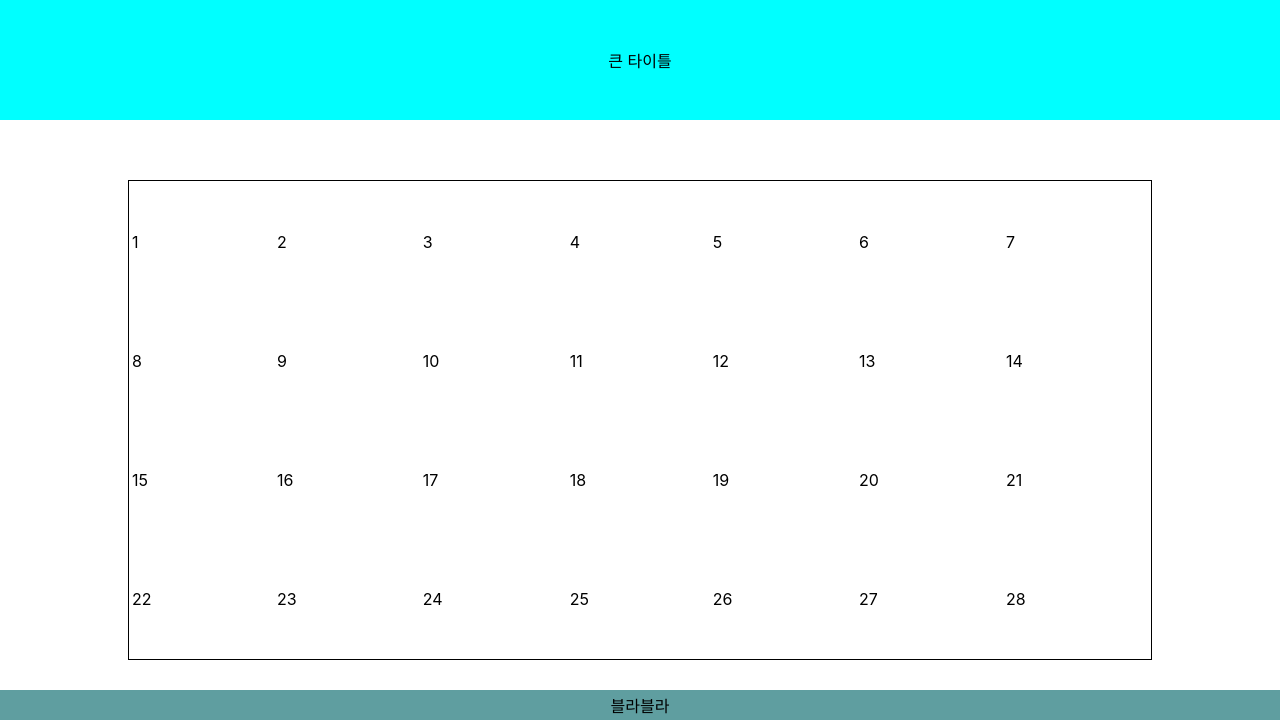
Repository: honeybong/SANGBONG
Page: /
The author's editor kept a copy of each file at every save. The page is drawn from the files as they stood at one save, then again after the next save.
The browser window is 1280 px wide. The pictures show the whole page.
The project was rebuilt for these pictures with package versions that can differ from the ones it lists, and the page was loaded fresh each time.

Above is the page before, as saved 2023-03-22 13:01:37.

### src/App.js
import './App.scss';
import { useState } from 'react';

const App = (props) => {
  // const getTableTr = () => {
  //   for (const i = 0; i > 7; i++) {
  //     return (
  //       <>
  //         <td>i</td>
  //       </>
  //     )
  //   }

  // }
  return (
    <div className='test'>
      <header className='test-header'>
        <div className='header-title'>
          큰 타이틀
        </div>
      </header>
      <body className='test-body'>
        <div className='body-container'>
          {/* <div className='scheduler' /> */}
          <table className='scheduler'>
            <tr>
              <td>1</td>
              <td>2</td>
              <td>3</td>
              <td>4</td>
              <td>5</td>
              <td>6</td>
              <td>7</td>
            </tr>
            <tr>
              <td>8</td>
              <td>9</td>
              <td>10</td>
              <td>11</td>
              <td>12</td>
              <td>13</td>
              <td>14</td>
            </tr>
            <tr>
              <td>15</td>
              <td>16</td>
              <td>17</td>
              <td>18</td>
              <td>19</td>
              <td>20</td>
              <td>21</td>
            </tr>
            <tr>
              <td>22</td>
              <td>23</td>
              <td>24</td>
              <td>25</td>
              <td>26</td>
              <td>27</td>
              <td>28</td>
            </tr>
          </table>
        </div>
      </body>
      <footer className='test-footer'>
        <div className='test-mes'>
          블라블라
        </div>
      </footer>
    </div>
  );
}

export default App;

### src/App.scss
.test {}
.test-header {
  .header-title {
    background-color: aqua;
    text-align: center;
    display: flex;
    height: 120px;
    justify-content: center;
    align-items: center;
  }
}
.test-body {
  .body-container {
    width: 100%;
    height: 600px;
    display: flex;
    justify-content: center;
    align-items: center;
    flex-direction: column;
    .scheduler {
      width: 80%;
      height: 80%;
      border: 1px solid black;
      > tr {
        border: 1px solid black;
      }
    }
  }
}
.test-footer {
  position: fixed;
  bottom: 0;
  width:100%;
  .test-mes {
    background-color: cadetblue;
    text-align: center;
    display: flex;
    height: 30px;
    justify-content: center;
    align-items: center;
  }
}

Loaded but not shown: public/index.html (common file); src/index.js (common file); src/index.css (common file); src/reportWebVitals.js (common file)

After the next save:
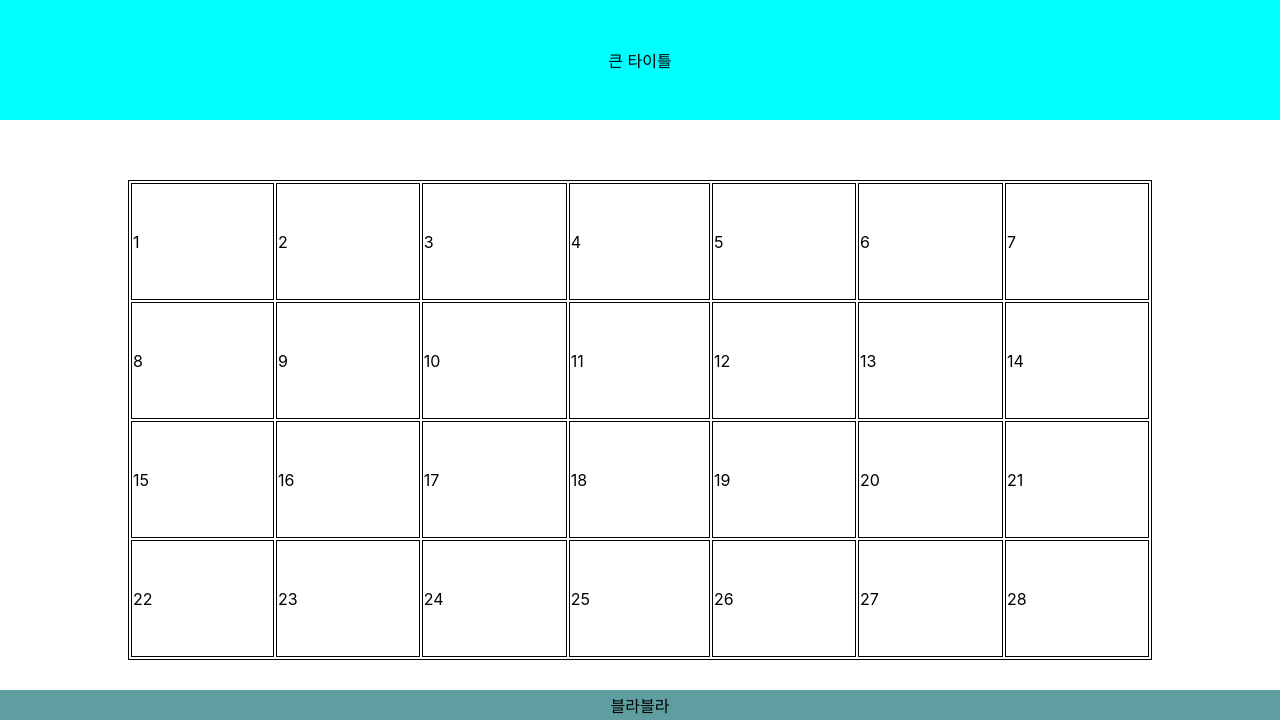
Saved 20 s later.
--- a/src/App.scss
+++ b/src/App.scss
@@ -21,7 +21,7 @@
       width: 80%;
       height: 80%;
       border: 1px solid black;
-      > tr {
+      td {
         border: 1px solid black;
       }
     }
